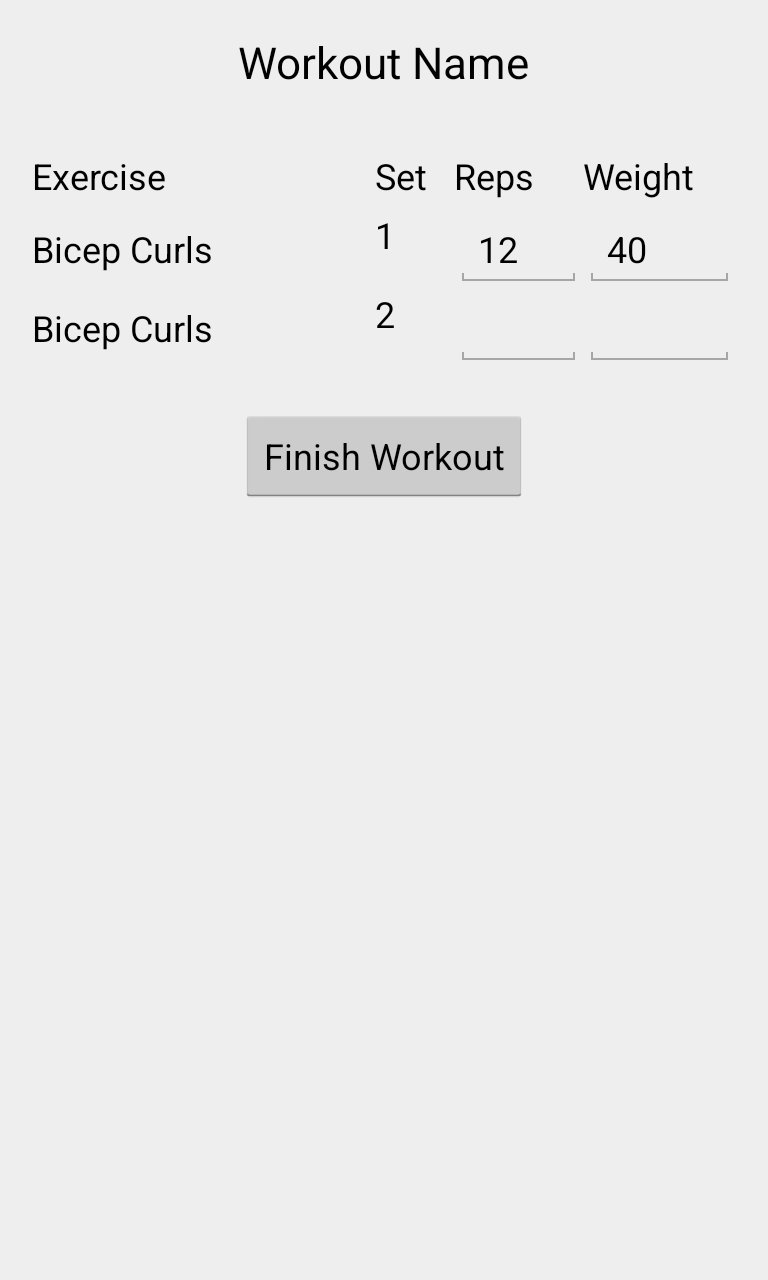
Repository: jmcdon09/EZWorkout
Layout: EzTrain/EzTrain/res/layout/activity_active_workout.xml
An editor plug-in stored every save of this project. The layout is shown before and after the next save, followed by the edit.
It is drawn on a 768 x 1280 px phone screen (xhdpi) without system bars, with theme AppTheme; the app's code is not run.

Above is the layout before, as saved 2014-03-30 14:46:23.

### EzTrain/EzTrain/res/layout/activity_active_workout.xml
<LinearLayout xmlns:android="http://schemas.android.com/apk/res/android"
    xmlns:tools="http://schemas.android.com/tools"
    android:id="@+id/LinearLayout1"
    android:layout_width="match_parent"
    android:layout_height="match_parent"
    android:orientation="vertical"
    android:background="@color/background"
    android:paddingBottom="@dimen/activity_vertical_margin"
    android:paddingLeft="@dimen/activity_horizontal_margin"
    android:paddingRight="@dimen/activity_horizontal_margin"
    android:paddingTop="@dimen/activity_vertical_margin"
    tools:context=".ActiveWorkout" >

        <TextView
            android:id="@+id/active_workout"
            android:layout_width="wrap_content"
            android:layout_height="wrap_content"
            android:layout_gravity="center"
            android:text="@string/workout_name"
            android:textAppearance="?android:attr/textAppearanceLarge" />

        <TableLayout
            android:layout_width="match_parent"
            android:layout_height="wrap_content"
            android:layout_marginTop="30dp" >

            <TableRow
                android:id="@+id/tableRow1"
                android:layout_width="wrap_content"
                android:layout_height="wrap_content"
                android:weightSum="100"
                android:layout_marginBottom="5dp" >

                <TextView android:id="@+id/exercise"
                    android:layout_width="fill_parent"
                    android:layout_height="wrap_content"
                    android:layout_weight="60"
                    android:text="Exercise"
                    android:textAppearance="?android:attr/textAppearanceMedium" />

                <TextView android:id="@+id/set"
                    android:layout_width="fill_parent"
                    android:layout_height="wrap_content"
                    android:layout_weight="10"
                    android:text="Set"
                    android:textAppearance="?android:attr/textAppearanceMedium" />

                <TextView android:id="@+id/rep"
                    android:layout_width="fill_parent"
                    android:layout_height="wrap_content"
                    android:layout_weight="15"
                    android:text="Reps"
                    android:textAppearance="?android:attr/textAppearanceMedium" />

                <TextView android:id="@+id/weight"
                    android:layout_width="fill_parent"
                    android:layout_height="wrap_content"
                    android:layout_weight="15"
                    android:text="Weight"
                    android:textAppearance="?android:attr/textAppearanceMedium" />

            </TableRow>

            <TableRow
                android:id="@+id/tableRow2"
                android:layout_width="wrap_content"
                android:layout_height="wrap_content"
                android:weightSum="100" >

                <TextView android:id="@+id/exercise1"
                    android:layout_width="fill_parent"
                    android:layout_height="wrap_content"
                    android:layout_weight="60"
                    android:text="Bicep Curls"
                    android:textAppearance="?android:attr/textAppearanceMedium" />

                <TextView android:id="@+id/set1"
                    android:layout_width="fill_parent"
                    android:layout_height="fill_parent"
                    android:layout_weight="10"
                    android:text="1"
                    android:textAppearance="?android:attr/textAppearanceMedium" />

                <EditText android:id="@+id/rep1"
                    android:layout_width="fill_parent"
                    android:layout_height="wrap_content"
                    android:layout_weight="15"
                    android:inputType="number"
                    android:text="12"
                    android:textAppearance="?android:attr/textAppearanceMedium" />

                <EditText android:id="@+id/weight1"
                    android:layout_width="fill_parent"
                    android:layout_height="fill_parent"
                    android:layout_weight="15"
                    android:inputType="number"
                    android:text="40"
                    android:textAppearance="?android:attr/textAppearanceMedium"/>
            </TableRow>

            <TableRow
                android:id="@+id/tableRow3"
                android:layout_width="wrap_content"
                android:layout_height="wrap_content" >

                <TextView android:id="@+id/exercise2"
                    android:layout_width="fill_parent"
                    android:layout_height="wrap_content"
                    android:text="Bicep Curls"
                    android:layout_weight="60"
                    android:textAppearance="?android:attr/textAppearanceMedium" />

                <TextView android:id="@+id/set2"
                    android:layout_width="fill_parent"
                    android:layout_height="fill_parent"
                    android:text="2"
                    android:layout_weight="10"
                    android:textAppearance="?android:attr/textAppearanceMedium" />

                <EditText android:id="@+id/rep2"
                    android:layout_width="fill_parent"
                    android:layout_height="wrap_content"
                    android:layout_weight="15"
                    android:inputType="number"
                    android:textAppearance="?android:attr/textAppearanceMedium" />

                <EditText android:id="@+id/weight3"
                    android:layout_width="fill_parent"
                    android:layout_height="fill_parent"
                    android:layout_weight="15"
                    android:inputType="number"
                    android:textAppearance="?android:attr/textAppearanceMedium"/>

            </TableRow>

            <TableRow
                android:id="@+id/tableRow4"
                android:layout_width="wrap_content"
                android:layout_height="wrap_content" >
            </TableRow>
        </TableLayout>

        <Button
            android:id="@+id/finish_workout"
            android:layout_width="wrap_content"
            android:layout_height="wrap_content"
            android:layout_gravity="center"
            android:layout_marginTop="20dp"
            android:text="Finish Workout" >
        </Button>

</LinearLayout>

### EzTrain/EzTrain/res/values-v11/styles.xml
<?xml version="1.0" encoding="utf-8"?>
<resources>

    <!--
        Base application theme for API 11+. This theme completely replaces
        AppBaseTheme from res/values/styles.xml on API 11+ devices.
    -->
    <style name="AppBaseTheme" parent="android:Theme.Holo.Light">
        <!-- API 11 theme customizations can go here. -->
    </style>

    <style name="FullscreenTheme" parent="android:Theme.Holo">
        <item name="android:actionBarStyle">@style/FullscreenActionBarStyle</item>
        <item name="android:windowActionBarOverlay">true</item>
        <item name="android:windowBackground">@null</item>
        <item name="buttonBarStyle">?android:attr/buttonBarStyle</item>
        <item name="buttonBarButtonStyle">?android:attr/buttonBarButtonStyle</item>
    </style>

    <style name="FullscreenActionBarStyle" parent="android:Widget.Holo.Light.ActionBar">
        <item name="android:background">@color/action_bar_background</item>
        <item name="android:actionMenuTextColor">@color/black_overlay</item>
    </style>

</resources>

### EzTrain/EzTrain/res/values-v14/styles.xml
<resources xmlns:android="http://schemas.android.com/apk/res/android">

    <!--
        Base application theme for API 14+. This theme completely replaces
        AppBaseTheme from BOTH res/values/styles.xml and
        res/values-v11/styles.xml on API 14+ devices.
    -->
    <style name="AppBaseTheme" parent="@android:style/Theme.Holo.Light.DarkActionBar">
        <!-- API 14 theme customizations can go here. -->
        <item name="android:actionBarStyle">@style/MyActionBar</item>


    </style>

    <style name="MyActionBar" parent="@android:style/Widget.Holo.Light.ActionBar">
        <item name="android:background">@color/action_bar_background</item>
        <item name="android:titleTextStyle">@style/MyActionBarTitle</item>
    </style>

	<style name="MyActionBarTitle" parent="@android:style/TextAppearance.Holo.Widget.ActionBar.Title">
	    <item name="android:textColor">@color/title</item>

	</style>

	<style name="LargeTableText">
	    <item name="android:textAppearance">?android:attr/textAppearanceSmall</item>
	</style>



</resources>

### EzTrain/EzTrain/res/values/colors.xml
<resources>

    <color name="action_bar_background">#4db6af</color>
    <color name="black_overlay">#66000000</color>
    <color name="background">#eee</color>
    <color name="font">#444</color>
    <color name="accent">#ccc</color>
    <color name="title">#FFF</color>

</resources>

### EzTrain/EzTrain/res/values/strings.xml
<?xml version="1.0" encoding="utf-8"?>
<resources>

    <string name="app_name">EZWorkout</string>

    <string-array name="muscle_groups">
        <item>Arms</item>
        <item>Abdominals</item>
        <item>Chest</item>
        <item>Back</item>
        <item>Legs</item>
        <item>Shoulders</item>
    </string-array>

    <string-array name="my_workouts">
        <item>Biceps</item>
        <item>Major Chest Workout</item>
        <item>Destroyer of Arms</item>
        <item>Ab Crusher</item>
    </string-array>

    <string-array name="chest">
        <item>Benchpress</item>
        <item>Butterflys</item>
        <item>Push Ups</item>
        <item>Iron Cross</item>
        <item>Decline Dumbell Press</item>
        <item></item>
    </string-array>

    <string-array name="arms">
        <item>Bicep Curls</item>
        <item>Spider Curls</item>
        <item>Tricep Dips</item>
        <item>Skullcrushers</item>
        <item>French Press</item>
    </string-array>

    <string-array name="shoudlers">
        <item>Shoulder Abduction</item>
        <item>Military Press</item>
    </string-array>

    <string-array name="abdominals">
        <item>Crunches</item>
        <item>Russian Twists</item>
        <item>Sit-ups</item>
        <item>Toe Touches</item>
    </string-array>

    <string-array name="legs">
        <item>One Legged Squats</item>
        <item>Romanian Deadlifts</item>
        <item>Trap Bar Deadlifts</item>
        <item>Box Jumps</item>
    </string-array>

    <string-array name="back">
        <item>Standing Good Mornings</item>
        <item>Seated Good Mornings</item>
        <item>Reverse Hypers</item>
        <item>Chin Ups</item>
    </string-array>

    <string name="workout_now">Start Workout</string>
    <string name="progress">My Progress</string>
    <string name="design_work">Design Workout</string>
    <string name="title_activity_start_workout">Start Workout</string>
    <string name="title_activity_my_progress">My Progress</string>
    <string name="title_activity_design_workout">Design Workout</string>
    <string name="title_activity_add_exercises">Add Exercises</string>
    <string name="title_activity_create_exercise">Create Exercise</string>
    <string name="title_activity_preview_workout">Preview Workout</string>
    <string name="title_activity_my_workouts">My Workouts</string>
    <string name="title_activity_workout">Workout</string>
    <string name="title_activity_active_workout">Active Workout</string>
    <string name="workout_name">Workout Name</string>
    <string name="return_workout"></string>
    <string name="action_settings">Action Settings</string>
    <string name="add_exercise_to_workout">Add Exercises to </string>
    <string name="add_exercise">Add Exercise</string>
    <string name="begin_design">Start Design</string>
    <string name="create_exercise">Create Exercise</string>
    <string name="muscle_group">Muscle Group</string>
    <string name="workout_description">Workout Description</string>
    <string name="my_workouts">My Workouts</string>
    <string name="start_workout">Start Workout</string>
    <string name="browse_workouts">Browse Workouts</string>
    <string name="exercise_name">Exercise Name</string>
    <string name="rep_hint">Rep hint goes here</string>
    <string name="action_home">Home</string>
    <string name="exercise1">Bench press </string>
    <string name="set1">4</string>
    <string name="rep1">12</string>
    <string name="hello_world">Hello world!</string>
    <string name="preview_workout">Preview Workout</string>
    <string name="title_activity_preview_design">Preview Design</string>
    <string name="exercise">Exercise</string>
    <string name="sets">Sets</string>
    <string name="reps">Reps</string>
    <string name="weight">Weight</string>
    <string name="error_design_fill_sections">Fill out all sections before clicking Add Exercise!</string>
    <string name="error_empty_preview">Need at least one exercise added before preview!</string>
    <string name="save_workout">Save Workout</string>



</resources>

Loaded but not shown: EzTrain/EzTrain/res/values/styles.xml (common file); EzTrain/EzTrain/res/values/dimens.xml (common file)

After the next save:
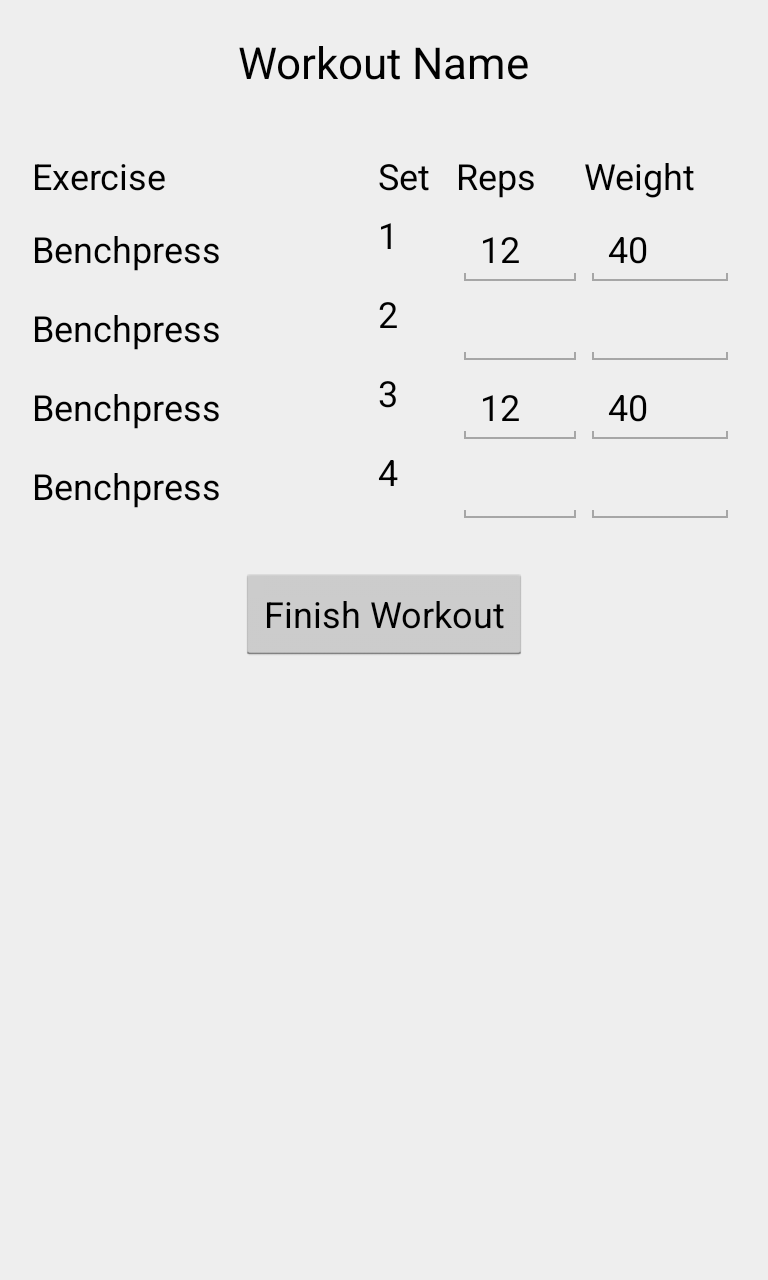
Saved 2 min 15 s later.
--- a/EzTrain/EzTrain/res/layout/activity_active_workout.xml
+++ b/EzTrain/EzTrain/res/layout/activity_active_workout.xml
@@ -71,7 +71,7 @@
                     android:layout_width="fill_parent"
                     android:layout_height="wrap_content"
                     android:layout_weight="60"
-                    android:text="Bicep Curls"
+                    android:text="Benchpress"
                     android:textAppearance="?android:attr/textAppearanceMedium" />
 
                 <TextView android:id="@+id/set1"
@@ -106,7 +106,7 @@
                 <TextView android:id="@+id/exercise2"
                     android:layout_width="fill_parent"
                     android:layout_height="wrap_content"
-                    android:text="Bicep Curls"
+                    android:text="Benchpress"
                     android:layout_weight="60"
                     android:textAppearance="?android:attr/textAppearanceMedium" />
 
@@ -133,6 +133,77 @@
 
             </TableRow>
 
+                        <TableRow
+                android:id="@+id/tableRow2"
+                android:layout_width="wrap_content"
+                android:layout_height="wrap_content"
+                android:weightSum="100" >
+
+                <TextView android:id="@+id/exercise1"
+                    android:layout_width="fill_parent"
+                    android:layout_height="wrap_content"
+                    android:layout_weight="60"
+                    android:text="Benchpress"
+                    android:textAppearance="?android:attr/textAppearanceMedium" />
+
+                <TextView android:id="@+id/set1"
+                    android:layout_width="fill_parent"
+                    android:layout_height="fill_parent"
+                    android:layout_weight="10"
+                    android:text="3"
+                    android:textAppearance="?android:attr/textAppearanceMedium" />
+
+                <EditText android:id="@+id/rep1"
+                    android:layout_width="fill_parent"
+                    android:layout_height="wrap_content"
+                    android:layout_weight="15"
+                    android:inputType="number"
+                    android:text="12"
+                    android:textAppearance="?android:attr/textAppearanceMedium" />
+
+                <EditText android:id="@+id/weight1"
+                    android:layout_width="fill_parent"
+                    android:layout_height="fill_parent"
+                    android:layout_weight="15"
+                    android:inputType="number"
+                    android:text="40"
+                    android:textAppearance="?android:attr/textAppearanceMedium"/>
+            </TableRow>
+
+            <TableRow
+                android:id="@+id/tableRow3"
+                android:layout_width="wrap_content"
+                android:layout_height="wrap_content" >
+
+                <TextView android:id="@+id/exercise2"
+                    android:layout_width="fill_parent"
+                    android:layout_height="wrap_content"
+                    android:text="Benchpress"
+                    android:layout_weight="60"
+                    android:textAppearance="?android:attr/textAppearanceMedium" />
+
+                <TextView android:id="@+id/set2"
+                    android:layout_width="fill_parent"
+                    android:layout_height="fill_parent"
+                    android:text="4"
+                    android:layout_weight="10"
+                    android:textAppearance="?android:attr/textAppearanceMedium" />
+
+                <EditText android:id="@+id/rep2"
+                    android:layout_width="fill_parent"
+                    android:layout_height="wrap_content"
+                    android:layout_weight="15"
+                    android:inputType="number"
+                    android:textAppearance="?android:attr/textAppearanceMedium" />
+
+                <EditText android:id="@+id/weight3"
+                    android:layout_width="fill_parent"
+                    android:layout_height="fill_parent"
+                    android:layout_weight="15"
+                    android:inputType="number"
+                    android:textAppearance="?android:attr/textAppearanceMedium"/>
+
+            </TableRow>
             <TableRow
                 android:id="@+id/tableRow4"
                 android:layout_width="wrap_content"
